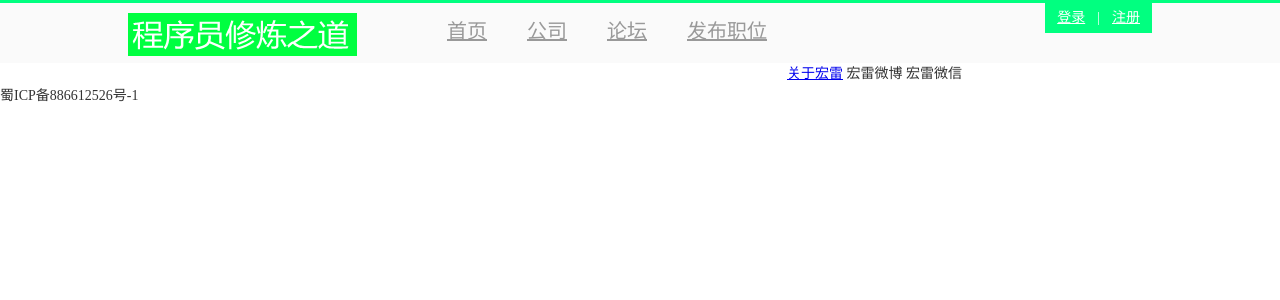
Repository: honglei92/javaweb_EE
Page: apple/WebContent/index.html
An editor plug-in stored every save of this project. The page is shown before and after the next save, followed by the edit.
The browser window is 1280 px wide. The pictures show the whole page.

Above is the page before, as saved 2013-09-02 04:55:32.

After the next save:
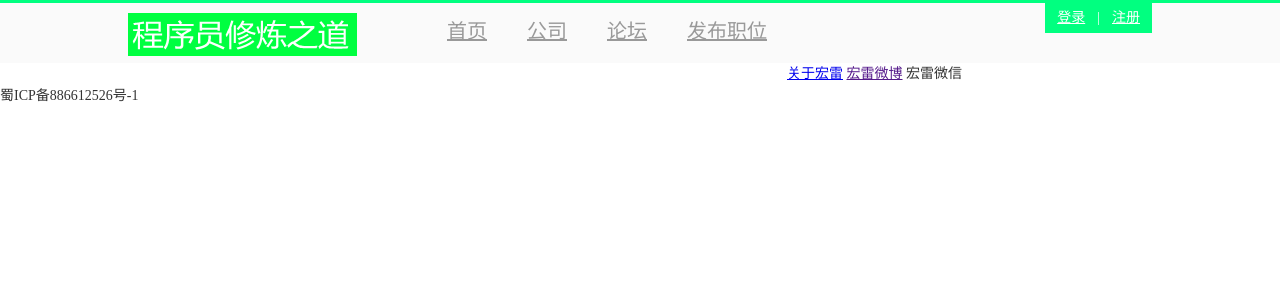
Saved 9 s later.
--- a/apple/WebContent/index.html
+++ b/apple/WebContent/index.html
@@ -41,7 +41,7 @@
 		<div id="footer">
 			<div class="wrapper">
 				<a href="/about.html" target="_blank" rel="nofollow">关于宏雷</a>
-				<a  target="_blank" rel="nofollow">宏雷微博</a>
+				<a href="" target="_blank" rel="nofollow">宏雷微博</a>
 				<a rel="nofollow">宏雷微信</a>
 				<div class="copyright">蜀ICP备886612526号-1</div>
 			</div>
